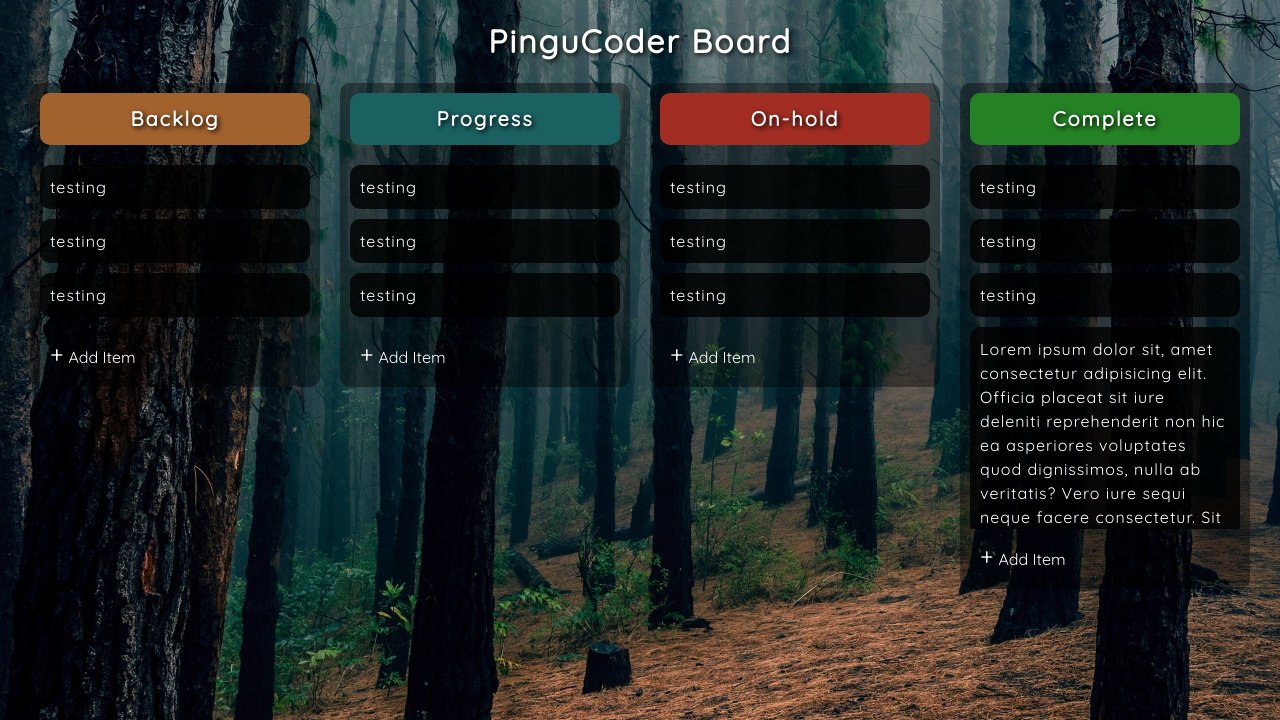
Repository: chanwarichawki/6Drag-And-Drop
Page: index.html
An editor plug-in stored every save of this project. The page is shown before and after a run of saves, followed by the edit.
The browser window is 1280 px wide. The pictures show the whole page.

Above is the page before, as saved 2023-12-26 16:21:41.

After the next 2 saves:
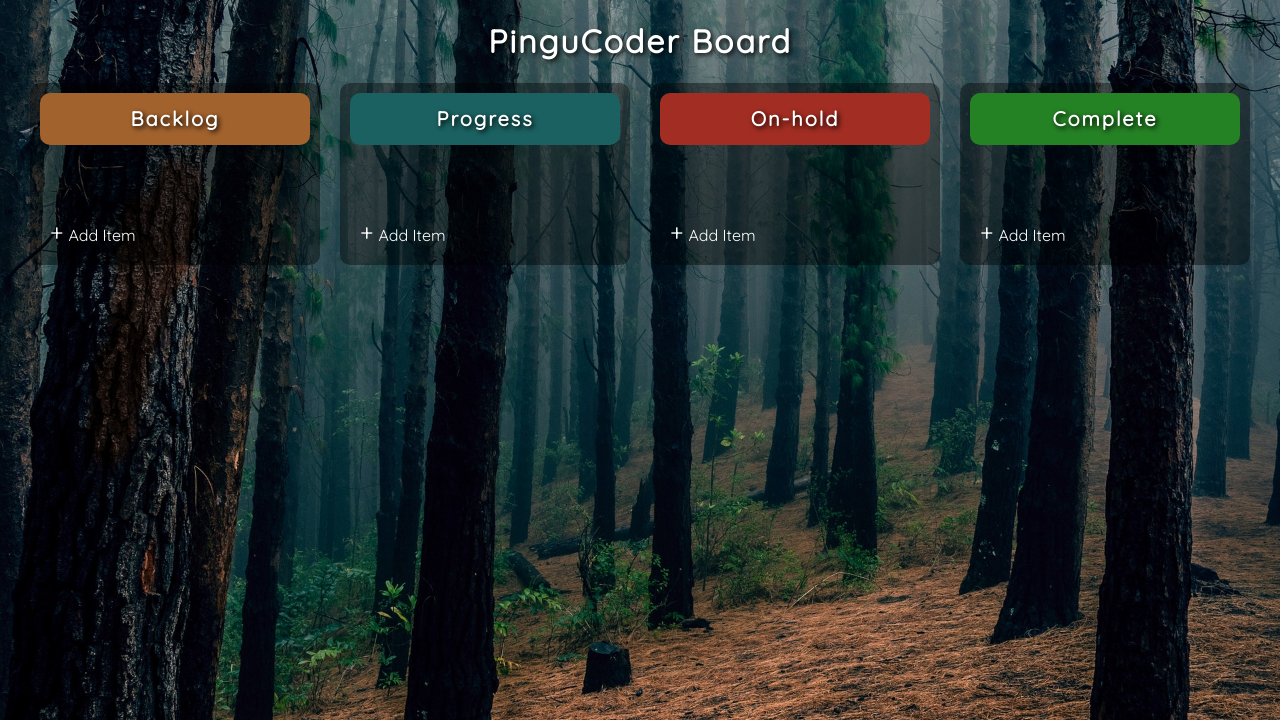
The 2 saves are shown as one change because they came seconds apart.
The last was saved 6 s later.
--- a/script.js
+++ b/script.js
@@ -98,4 +98,4 @@ function updateDOM() {
 }
 
 // on load
-updateDOM
+updateDOM();
